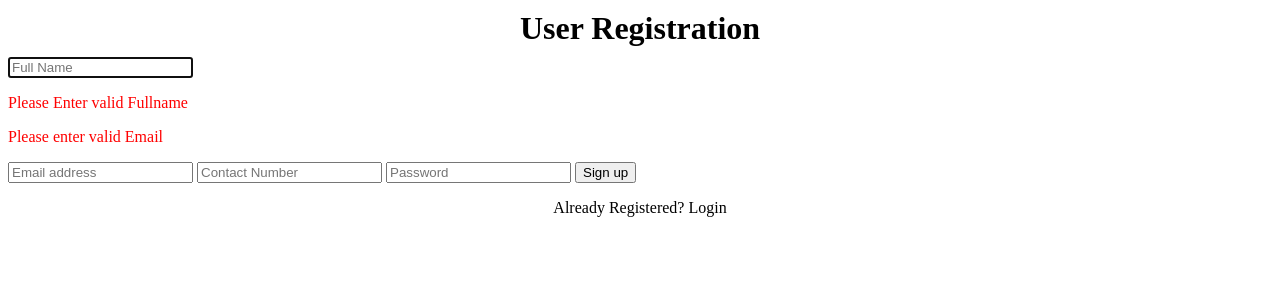
Repository: sagarpatil11/ToDo
Page: todo/src/main/webapp/templates/userregistration.html
An editor plug-in stored every save of this project. The page is shown before and after the next save, followed by the edit.
The browser window is 1280 px wide. The pictures show the whole page.

Above is the page before, as saved 2017-07-21 11:18:26.

### todo/src/main/webapp/templates/userregistration.html
<div class="container">
        <div class="card card-container">

            <h1 style="text-align: center;margin:10px">User Registration</h1>

            <form class="form-signin" method="post">

            	<div class="form-group">
            		<input type="text" data-ng-model="fullname" id="fullname" class="form-control" placeholder="Full Name" required autofocus>
                	<p><span data-ng-show="userform.email.$error.required && userform.email.$touched" style="color: red">Please Enter valid Fullname</span></p>
               		<p><span data-ng-show="userform.email.$error.email && userform.email.$touched" style="color: red">Please enter valid Email</span></p>
               	</div>

                <input type="email" data-ng-model="email" id="inputEmail" class="form-control" placeholder="Email address" required >

                 <input type="number" data-ng-model="mobile" id="mobile" class="form-control" placeholder="Contact Number" required >

                <input type="password" data-ng-model="password" id="inputPassword" class="form-control" placeholder="Password" required>

                <button class="btn btn-primary btn-block btn-signup" type="submit" data-ng-click="signUp()">Sign up</button>

            </form>

            <p style="text-align: center;">Already Registered?<a ui-sref="login"> Login</a></p>
        </div>
</div>

After the next save:
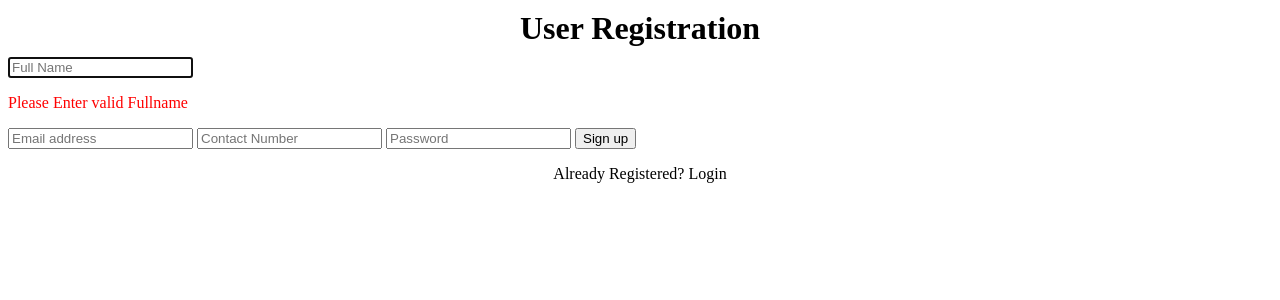
Saved 86 s later.
--- a/todo/src/main/webapp/templates/userregistration.html
+++ b/todo/src/main/webapp/templates/userregistration.html
@@ -3,12 +3,12 @@
 
             <h1 style="text-align: center;margin:10px">User Registration</h1>
 
-            <form class="form-signin" method="post">
+            <form name="regform" class="form-signin" method="post">
 
             	<div class="form-group">
-            		<input type="text" data-ng-model="fullname" id="fullname" class="form-control" placeholder="Full Name" required autofocus>
-                	<p><span data-ng-show="userform.email.$error.required && userform.email.$touched" style="color: red">Please Enter valid Fullname</span></p>
-               		<p><span data-ng-show="userform.email.$error.email && userform.email.$touched" style="color: red">Please enter valid Email</span></p>
+            		<input type="text" name="fullname" data-ng-model="fullname" id="fullname" class="form-control" placeholder="Full Name" required autofocus>
+                	<p><span data-ng-show="regform.fullname.$error.required && regform.fullname.$touched" style="color: red">Please Enter valid Fullname</span></p>
+               		<!-- <p><span data-ng-show="userform.email.$error.email && userform.email.$touched" style="color: red">Please enter valid Email</span></p> -->
                	</div>
 
                 <input type="email" data-ng-model="email" id="inputEmail" class="form-control" placeholder="Email address" required >
